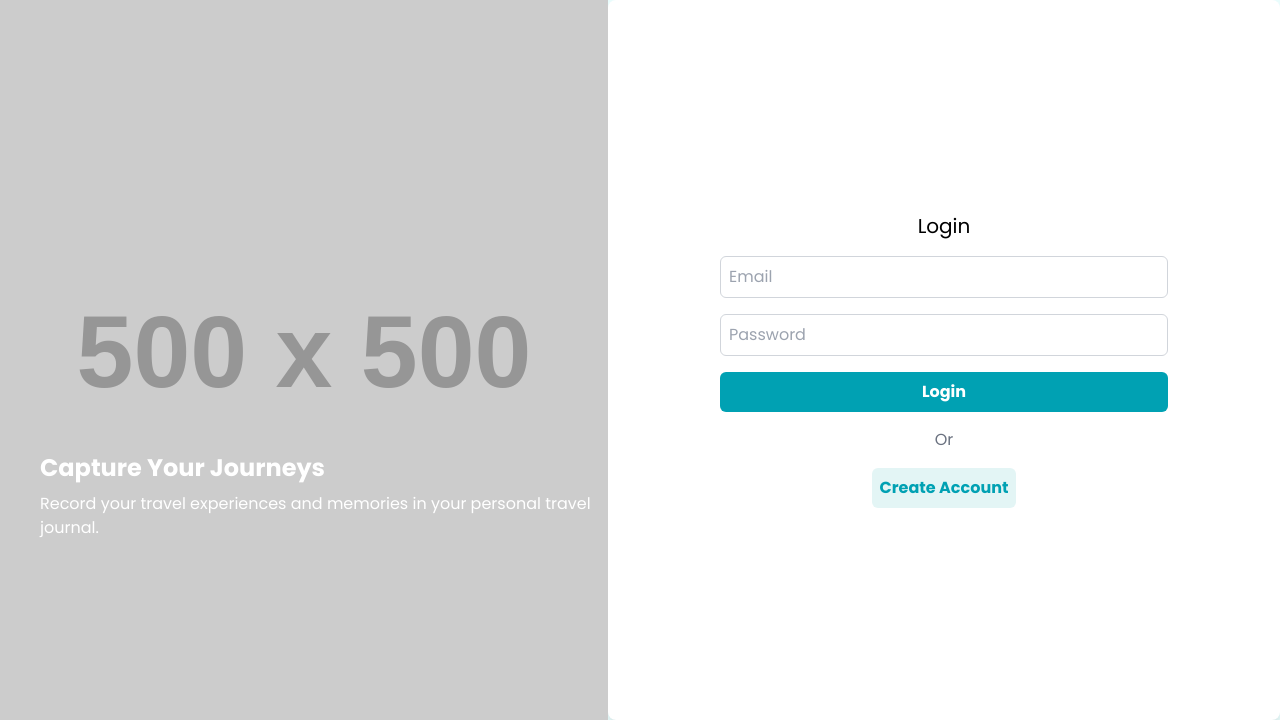
Repository: devi1262005/MERN-blogsite
Page: / (app in frontend/blog-app/)
These files come from the project's save history. The page is drawn as it stood at one moment and after the next save; the edit follows.
The browser window is 1280 px wide. The pictures show the whole page.
The project was rebuilt for these pictures with package versions that can differ from the ones it lists, and the page was loaded fresh each time. Also part of the build but not shown: frontend/blog-app/vite.config.js, frontend/blog-app/src/pages/auth/SignUp.jsx, frontend/blog-app/src/pages/home/Home.jsx. Imported but missing from the stored project, and not drawn on this page: frontend/blog-app/src/utils/axios.

Above is the page before, as saved 2024-11-17 13:54:02.

### frontend/blog-app/src/index.css
@import url('https://fonts.googleapis.com/css2?family=Poppins:ital,wght@0,100;0,200;0,300;0,400;0,500;0,600;0,700;0,800;0,900;1,100;1,200;1,300;1,400;1,500;1,600;1,700;1,800;1,900&display=swap');

@tailwind base;
@tailwind components;
@tailwind utilities;

@layer base {
  html {
    font-family: "Poppins", "sans-serif";
  }
  body {
    background-color: #fdfeff;
    overflow-x: hidden;
  }
}

@layer components {
  .container {
    @apply flex min-h-screen bg-[#e9fcfc];
  }

  .left-section {
    @apply flex-1 relative bg-cover bg-center;
    background-image: url("https://via.placeholder.com/500x500.png"); /* Replace with your image */
  }

  .overlay {
    @apply absolute text-white bottom-1/4 left-10;
  }

  .title {
    @apply text-2xl font-bold;
  }

  .subtitle {
    @apply mt-2 text-base;
  }

  .right-section {
    @apply flex flex-col justify-center items-center p-8 bg-white rounded-lg shadow-lg flex-1;
  }

  .login-title {
    @apply text-xl mb-4;
  }

  .form {
    @apply w-full max-w-md flex flex-col;
  }

  .input {
    @apply w-full p-2 mb-4 border border-gray-300 rounded-md;
  }

  .password-container {
    @apply relative flex items-center;
  }

  .toggle-button {
    @apply absolute right-2 bg-transparent border-none cursor-pointer;
  }

  .login-button {
    @apply p-2 bg-[#00a1b3] text-white font-bold rounded-md cursor-pointer;
  }

  .or-text {
    @apply my-4 text-gray-500;
  }

  .create-account-button {
    @apply p-2 bg-[#e3f5f5] text-[#00a1b3] font-bold rounded-md cursor-pointer;
  }
}

### frontend/blog-app/src/App.jsx
import { BrowserRouter as Router, Routes, Route, Navigate } from "react-router-dom";
import React from "react";
import Login from "./pages/auth/Login.jsx";
import SignUp from "./pages/auth/SignUp.jsx";
import Home from "./pages/home/Home.jsx";

const App = () => {
  return (
    <div>
      <Router>
        <Routes>
          <Route path="/dashboard" element={<Home />} />
          <Route path="/login" element={<Login />} />
          <Route path="/signUp" element={<SignUp />} />
          <Route path="/" element={<Navigate to="/login" />} /> {}
        </Routes>
      </Router>
    </div>
  );
};

export default App;

### frontend/blog-app/src/pages/auth/Login.jsx
import React, { useState } from 'react';
//import PasswordInput from "../../components/input/PasswordInput";
//import {useNavigate} from "react-router-dom";
//import {validateEmail} from "../../utils/helper";
import axiosInstance from "../../utils/axios";
const Login = () => {
  const [email, setEmail] = useState('');
  const [password, setPassword] = useState('');
  const [error, setError] = useState('');

  const handleEmailChange = (e) => setEmail(e.target.value);
  const handlePasswordChange = (e) => setPassword(e.target.value);

  const handleSubmit = async (e) => {
    e.preventDefault(); // Prevent form from refreshing the page

    try {
      const response = await axiosInstance.post('/login', { email, password });

      // Assuming response contains a token or user data
      console.log('Login success:', response.data);

      // Handle successful login
      // Example: Store token and navigate
      localStorage.setItem('token', response.data.token);
      // Navigate to another page, e.g., dashboard
      // navigate('/dashboard');
    } catch (err) {
      // Handle API errors
      if (err.response) {
        console.error('Error Response:', err.response.data);
        setError(err.response.data.message || 'Login failed');
      } else if (err.request) {
        console.error('No Response:', err.request);
        setError('Server did not respond. Please try again later.');
      } else {
        console.error('Error Message:', err.message);
        setError('An unexpected error occurred. Please try again later.');
      }
    }
  };

  return (
    <div className="container">
      <div className="left-section">
        <div className="overlay">
          <h1 className="title">Capture Your Journeys</h1>
          <p className="subtitle">
            Record your travel experiences and memories in your personal travel journal.
          </p>
        </div>
      </div>
      <div className="right-section">
        <h2 className="login-title">Login</h2>
        <form className="form" onSubmit={handleSubmit}>
          <input
            type="email"
            placeholder="Email"
            className="input"
            value={email}
            onChange={handleEmailChange}
            required
          />
          <div className="password-container">
            <input
              type="password"
              placeholder="Password"
              className="input"
              value={password}
              onChange={handlePasswordChange}
              required
            />
          </div>
          <button type="submit" className="login-button">
            Login
          </button>
        </form>
        {error && <p style={{ color: 'red', fontSize: '14px', marginTop: '10px' }}>{error}</p>}

        <p className="or-text">Or</p>
        <button className="create-account-button">Create Account</button>
      </div>
    </div>
  );
};

export default Login;

### frontend/blog-app/tailwind.config.js
/** @type {import('tailwindcss').Config} */
export default {
  content: [
    "./index.html",
    "./src/**/*.{js,ts,jsx,tsx}",
  ],
  theme: {
    fontFamily: {
      display: ["Poppins","sans-serif"],
    },
    extend: {
      colors:{
        primary: "#05B6D3",
        secondary: "#EF863E",
      },
    },
  },
  plugins: [],
}

Loaded but not shown: frontend/blog-app/index.html (common file); frontend/blog-app/src/main.jsx (common file)

After the next save:
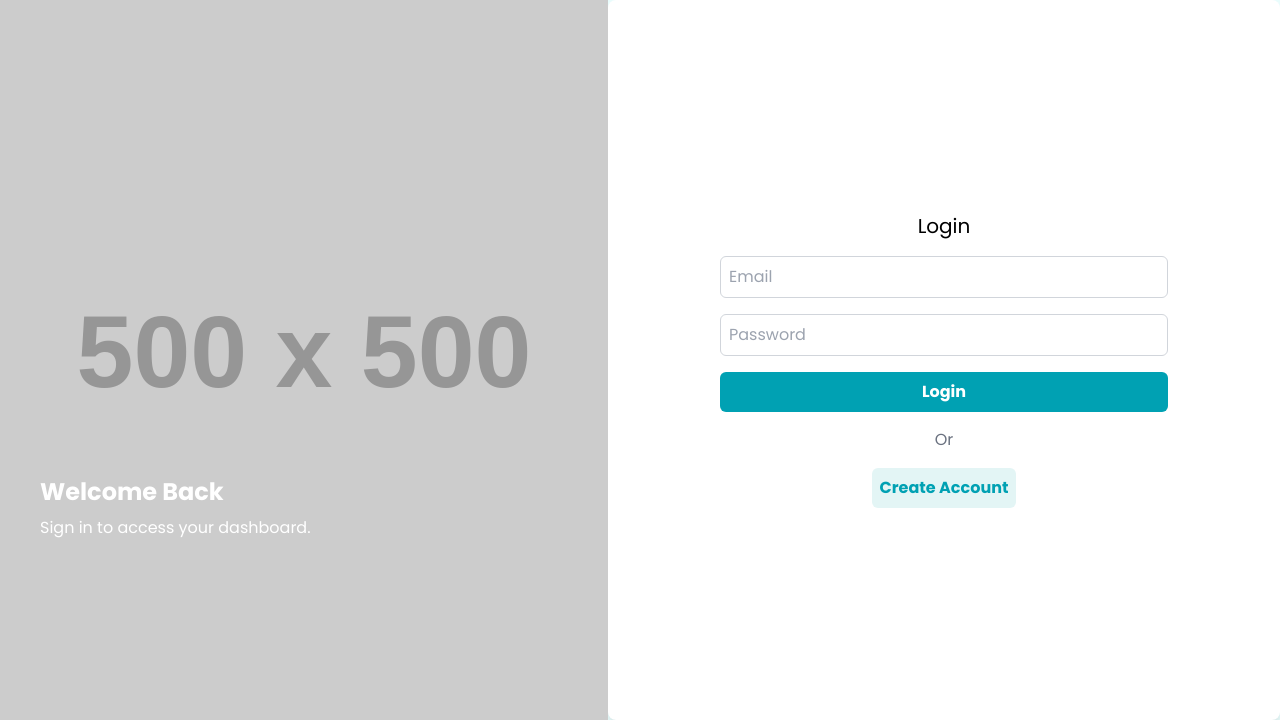
Saved 97 s later.
--- a/frontend/blog-app/src/pages/auth/Login.jsx
+++ b/frontend/blog-app/src/pages/auth/Login.jsx
@@ -1,41 +1,37 @@
 import React, { useState } from 'react';
-//import PasswordInput from "../../components/input/PasswordInput";
-//import {useNavigate} from "react-router-dom";
-//import {validateEmail} from "../../utils/helper";
-import axiosInstance from "../../utils/axios";
+import { useNavigate } from 'react-router-dom'; // React Router for navigation
+import axiosInstance from '../../utils/axios'; // Import axios instance
+
 const Login = () => {
   const [email, setEmail] = useState('');
   const [password, setPassword] = useState('');
   const [error, setError] = useState('');
+  const navigate = useNavigate(); // Hook to navigate between routes
 
   const handleEmailChange = (e) => setEmail(e.target.value);
   const handlePasswordChange = (e) => setPassword(e.target.value);
 
   const handleSubmit = async (e) => {
-    e.preventDefault(); // Prevent form from refreshing the page
-
+    e.preventDefault(); // Prevent form refresh
+    setError(''); // Reset error message
     try {
       const response = await axiosInstance.post('/login', { email, password });
 
-      // Assuming response contains a token or user data
+      // Handle successful login
       console.log('Login success:', response.data);
-
-      // Handle successful login
-      // Example: Store token and navigate
-      localStorage.setItem('token', response.data.token);
-      // Navigate to another page, e.g., dashboard
-      // navigate('/dashboard');
+      localStorage.setItem('token', response.data.token); // Store the token in local storage
+      navigate('/home'); // Redirect to Home page
     } catch (err) {
-      // Handle API errors
+      // Handle errors
       if (err.response) {
         console.error('Error Response:', err.response.data);
-        setError(err.response.data.message || 'Login failed');
+        setError(err.response.data.message || 'Login failed. Please try again.');
       } else if (err.request) {
         console.error('No Response:', err.request);
         setError('Server did not respond. Please try again later.');
       } else {
         console.error('Error Message:', err.message);
-        setError('An unexpected error occurred. Please try again later.');
+        setError('An unexpected error occurred. Please try again.');
       }
     }
   };
@@ -44,10 +40,8 @@ const Login = () => {
     <div className="container">
       <div className="left-section">
         <div className="overlay">
-          <h1 className="title">Capture Your Journeys</h1>
-          <p className="subtitle">
-            Record your travel experiences and memories in your personal travel journal.
-          </p>
+          <h1 className="title">Welcome Back</h1>
+          <p className="subtitle">Sign in to access your dashboard.</p>
         </div>
       </div>
       <div className="right-section">
